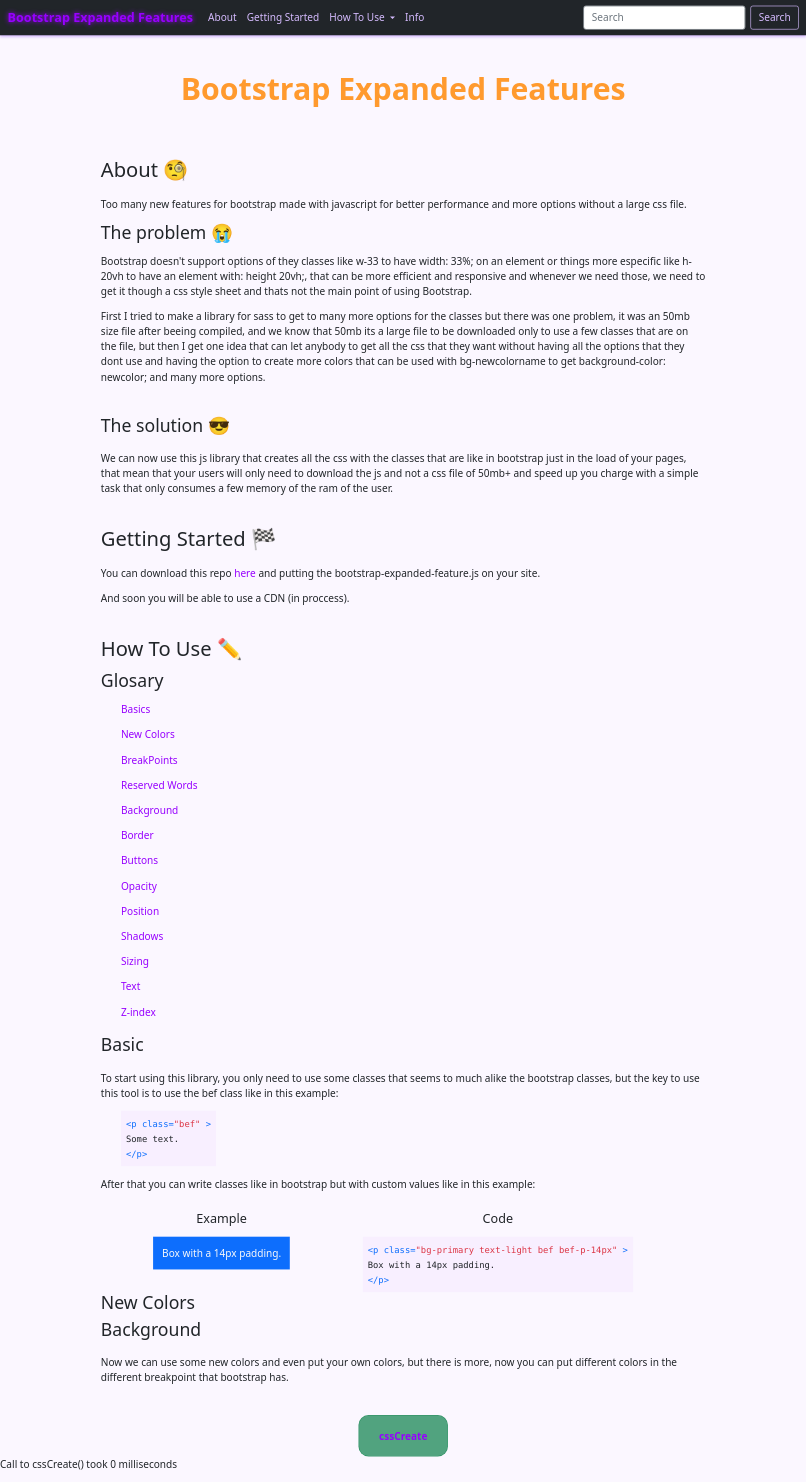
Repository: LynxPardelle/bootstrap-expanded-features
Page: index.html
These files come from the project's save history. The page is drawn as it stood at one moment and after the next save; the edit follows.
The browser window is 1280 px wide. The pictures show the whole page, at 63% of full size.

Above is the page before, as saved 2022-01-02 05:47:19.

### index.html
<!DOCTYPE html>
<html lang="es">
  <head>
    <meta charset="UTF-8" />
    <meta http-equiv="X-UA-Compatible" content="IE=edge" />
    <meta name="viewport" content="width=device-width, initial-scale=1.0" />
    <title>Bootstrap Expanded Features</title>
    <link
      href="https://cdn.jsdelivr.net/npm/bootstrap@5.1.3/dist/css/bootstrap.min.css"
      rel="stylesheet"
      integrity="sha384-1BmE4kWBq78iYhFldvKuhfTAU6auU8tT94WrHftjDbrCEXSU1oBoqyl2QvZ6jIW3"
      crossorigin="anonymous"
    />
    <link rel="stylesheet" href="./style.css" />
  </head>
  <body class="bef bef-bg-futurePop__OPA__0_03">
    <header>
      <nav
        class="
          navbar navbar-expand-lg navbar-dark
          bg-dark
          align-items-center
          bef
          bef-boxShadow-0px__2px__4px__lavender
          position-fixed
          top-0
          w-100
        "
      >
        <div class="container-fluid">
          <a
            class="
              navbar-brand
              bef bef-text-futurePop
              fw-bolder
              bef-textShadow-0px__0px__8px__futurePop
            "
            href="#"
            >Bootstrap Expanded Features</a
          >
          <button
            class="navbar-toggler"
            type="button"
            data-bs-toggle="collapse"
            data-bs-target="#navbarSupportedContent"
            aria-controls="navbarSupportedContent"
            aria-expanded="false"
            aria-label="Toggle navigation"
          >
            <span class="navbar-toggler-icon"></span>
          </button>
          <div class="collapse navbar-collapse" id="navbarSupportedContent">
            <ul class="navbar-nav me-auto mb-lg-0">
              <li class="nav-item">
                <a class="nav-link bef bef-text-lavender" href="#about"
                  >About</a
                >
              </li>
              <li class="nav-item">
                <a
                  class="nav-link bef bef-text-lavender"
                  href="#getting_started"
                  >Getting Started</a
                >
              </li>
              <li class="nav-item dropdown">
                <a
                  class="nav-link bef bef-text-lavender dropdown-toggle"
                  href="#howToUse"
                  id="navbarDropdown"
                  role="button"
                  data-bs-toggle="dropdown"
                  aria-expanded="false"
                >
                  How To Use
                </a>
                <ul
                  class="dropdown-menu dropdown-menu-dark"
                  aria-labelledby="navbarDropdown"
                >
                  <li>
                    <a class="dropdown-item bef bef-text-lavender" href="#"
                      >Action</a
                    >
                  </li>
                  <li>
                    <a class="dropdown-item bef bef-text-lavender" href="#"
                      >Another action</a
                    >
                  </li>
                  <li><hr class="dropdown-divider" /></li>
                  <li>
                    <a class="dropdown-item bef bef-text-lavender" href="#"
                      >Something else here</a
                    >
                  </li>
                </ul>
              </li>
              <li class="nav-item">
                <a class="nav-link bef bef-text-lavender" href="#Info">Info</a>
              </li>
            </ul>
            <form class="d-flex">
              <input
                id="searchInput"
                class="form-control me-2"
                type="search"
                placeholder="Search"
                aria-label="Search"
              />
              <button class="btn bef bef-btnOutline-lavender">Search</button>
            </form>
          </div>
        </div>
      </nav>

      <h1
        class="
          text-center
          d-block
          bef bef-w-85vw bef-w-md-75vw bef-fs-2rem bef-fs-md-3rem
          bef-m-7rem__auto__5rem
          bef-text-summer
          fw-bolder
        "
      >
        Bootstrap Expanded Features
      </h1>
    </header>

    <div>
      <main class="bef bef-w-85vw bef-wmx-1000px bef-w-md-75vw mx-auto">
        <!-- ABOUT -->
        <section>
          <a id="about"></a>
          <h2>About 🧐</h2>
          <article>
            <p class="mt-4 mb-3 text-start">
              Too many new features for bootstrap made with javascript for
              better performance and more options without a large css file.
            </p>
          </article>
          <!-- THE_PROBLEM -->
          <article>
            <h3>The problem 😭</h3>
            <p class="my-3 text-start">
              Bootstrap doesn't support options of they classes like w-33 to
              have width: 33%; on an element or things more especific like
              h-20vh to have an element with: height 20vh;, that can be more
              efficient and responsive and whenever we need those, we need to
              get it though a css style sheet and thats not the main point of
              using Bootstrap.
            </p>
            <p class="mt-3 mb-5 text-start">
              First I tried to make a library for sass to get to many more
              options for the classes but there was one problem, it was an 50mb
              size file after beeing compiled, and we know that 50mb its a large
              file to be downloaded only to use a few classes that are on the
              file, but then I get one idea that can let anybody to get all the
              css that they want without having all the options that they dont
              use and having the option to create more colors that can be used
              with bg-newcolorname to get background-color: newcolor; and many
              more options.
            </p>
          </article>
          <!-- THE_SOLUTION -->
          <article>
            <h3>The solution 😎</h3>
            <p class="mt-4 mb-5 text-start">
              We can now use this js library that creates all the css with the
              classes that are like in bootstrap just in the load of your pages,
              that mean that your users will only need to download the js and
              not a css file of 50mb+ and speed up you charge with a simple task
              that only consumes a few memory of the ram of the user.
            </p>
          </article>
        </section>
        <!-- GETTING_STARTED -->
        <section>
          <a id="getting_started"></a>
          <h2>Getting Started 🏁</h2>
          <article>
            <p class="mt-4 mb-3 text-start bef bef-link-futurePop">
              You can download this repo
              <a
                class="text-decoration-none"
                href="https://github.com/LynxPardelle/bootstrap-expanded-features.git"
                target="_blank"
                >here</a
              >
              and putting the bootstrap-expanded-feature.js on your site.
            </p>
            <p class="mt-3 mb-5 text-start bef bef-link-futurePop">
              And soon you will be able to use a CDN (in proccess).
            </p>
          </article>
        </section>
        <!-- HOW_TO_USE -->
        <section>
          <a id="howToUse"></a>
          <h2>How To Use ✏️</h2>
          <article class="my-3">
            <h3>Glosary</h3>
            <ul class="nav ms-3 flex-column bef bef-link-futurePop">
              <li class="nav-item">
                <a class="nav-link" href="#basicHTU">Basics</a>
                <ul class="nav flex-column bef bef-link-futurePop">
                  <li class="nav-item">
                    <a class="nav-link" href="#newColorsBasicHTU">New Colors</a>
                  </li>
                  <li class="nav-item">
                    <a class="nav-link" href="#bpsBasicHTU">BreakPoints</a>
                  </li>
                  <li class="nav-item">
                    <a class="nav-link" href="#reswordsBasicHTU"
                      >Reserved Words</a
                    >
                  </li>
                </ul>
              </li>
              <li class="nav-item">
                <a class="nav-link" href="#backgroundHTU">Background</a>
              </li>
              <li class="nav-item">
                <a class="nav-link" href="#borderHTU">Border</a>
              </li>
              <li class="nav-item">
                <a class="nav-link" href="#buttonsHTU">Buttons</a>
              </li>
              <li class="nav-item">
                <a class="nav-link" href="#opacityHTU">Opacity</a>
              </li>
              <li class="nav-item">
                <a class="nav-link" href="#positionHTU">Position</a>
              </li>
              <li class="nav-item">
                <a class="nav-link" href="#shadowsHTU">Shadows</a>
              </li>
              <li class="nav-item">
                <a class="nav-link" href="#sizingHTU">Sizing</a>
              </li>
              <li class="nav-item">
                <a class="nav-link" href="#textHTU">Text</a>
              </li>
              <li class="nav-item">
                <a class="nav-link" href="#zIndexHTU">Z-index</a>
              </li>
            </ul>
          </article>
          <!-- BASICHTU -->
          <article>
            <a id="basicHTU"></a>
            <h3>Basic</h3>
            <p class="mt-4 mb-3 text-start bef bef-link-futurePop">
              To start using this library, you only need to use some classes
              that seems to much alike the bootstrap classes, but the key to use
              this tool is to use the bef class like in this example:
            </p>
            <p
              class="
                d-inline-block
                p-2
                bef
                bef-m-0rem__2rem
                bef-bg-futurePop__OPA__0_03
              "
            >
              <code class="text-dark">
                <span class="text-primary">
                  &#60;p class=<span class="text-danger">"bef"</span> &#62;
                </span>
                <br />
                <span> Some text. </span>
                <br />
                <span class="text-primary"> &#60;&#47;p&#62; </span>
              </code>
            </p>
            <p class="mt-3 mb-3 text-start bef bef-link-futurePop">
              After that you can write classes like in bootstrap but with custom
              values like in this example:
            </p>
            <div class="d-flex justify-content-evenly">
              <div>
                <h5 class="text-center my-3">Example</h5>
                <p class="bg-primary text-light bef bef-p-14px">
                  Box with a 14px padding.
                </p>
              </div>
              <div>
                <h5 class="text-center my-3">Code</h5>
                <p
                  class="
                    d-inline-block
                    p-2
                    bef
                    bef-m-0rem__2rem
                    bef-bg-futurePop__OPA__0_03
                  "
                >
                  <code class="text-dark">
                    <span class="text-primary">
                      &#60;p class=<span class="text-danger"
                        >"bg-primary text-light bef bef-p-14px"</span
                      >
                      &#62;
                    </span>
                    <br />
                    <span> Box with a 14px padding. </span>
                    <br />
                    <span class="text-primary"> &#60;&#47;p&#62; </span>
                  </code>
                </p>
              </div>
            </div>
            <!-- NEWCOLORSBASICHTU -->
            <a id="newColorsBasicHTU"></a>
            <h3>New Colors</h3>
          </article>
          <article>
            <a id="backgroundHTU"></a>
            <h3>Background</h3>
            <p class="mt-4 mb-5 text-start bef bef-link-futurePop">
              Now we can use some new colors and even put your own colors, but
              there is more, now you can put different colors in the different
              breakpoint that bootstrap has.
            </p>
          </article>
        </section>
      </main>
      <aside></aside>
    </div>

    <footer>
      <a id="#info"></a>
      <button
        class="
          btn
          bef
          bef-btn-success__OPA__0_75
          bef-text-futurePop
          fw-bold
          d-block
          mx-auto
          bef-p-1_25rem__2rem
          bef-rounded-1rem
        "
        onclick="cssCreate()"
      >
        cssCreate
      </button>

      <div id="befTimer"></div>
    </footer>

    <!-- TABS
      <nav>
              <div class="nav nav-tabs" id="nav-tab" role="tablist">
                <button
                  class="
                    nav-link
                    active
                    bef bef-text-futurePop bef-textHover-lavender
                    bef-bg-futurePop__OPA__0_03
                  "
                  id="nav-background-tab"
                  data-bs-toggle="tab"
                  data-bs-target="#nav-background"
                  type="button"
                  role="tab"
                  aria-controls="nav-background"
                  aria-selected="false"
                >
                  Background
                </button>
                <button
                  class="
                    nav-link
                    bef bef-text-dark bef-textHover-lavender
                    bef-bg-futurePop__OPA__0
                  "
                  id="nav-border-tab"
                  data-bs-toggle="tab"
                  data-bs-target="#nav-border"
                  type="button"
                  role="tab"
                  aria-controls="nav-border"
                  aria-selected="false"
                >
                  Border
                </button>
                <button
                  class="
                    nav-link
                    bef bef-text-dark bef-textHover-lavender
                    bef-bg-futurePop__OPA__0
                  "
                  id="nav-buttons-tab"
                  data-bs-toggle="tab"
                  data-bs-target="#nav-buttons"
                  type="button"
                  role="tab"
                  aria-controls="nav-buttons"
                  aria-selected="false"
                >
                  Buttons
                </button>
                <button
                  class="
                    nav-link
                    bef bef-text-dark bef-textHover-lavender
                    bef-bg-futurePop__OPA__0
                  "
                  id="nav-opacity-tab"
                  data-bs-toggle="tab"
                  data-bs-target="#nav-opacity"
                  type="button"
                  role="tab"
                  aria-controls="nav-opacity"
                  aria-selected="false"
                >
                  Opacity
                </button>
                <button
                  class="
                    nav-link
                    bef bef-text-dark bef-textHover-lavender
                    bef-bg-futurePop__OPA__0
                  "
                  id="nav-position-tab"
                  data-bs-toggle="tab"
                  data-bs-target="#nav-position"
                  type="button"
                  role="tab"
                  aria-controls="nav-position"
                  aria-selected="false"
                >
                  Position
                </button>
                <button
                  class="
                    nav-link
                    bef bef-text-dark bef-textHover-lavender
                    bef-bg-futurePop__OPA__0
                  "
                  id="nav-shadows-tab"
                  data-bs-toggle="tab"
                  data-bs-target="#nav-shadows"
                  type="button"
                  role="tab"
                  aria-controls="nav-shadows"
                  aria-selected="false"
                >
                  Shadows
                </button>
                <button
                  class="
                    nav-link
                    bef bef-text-dark bef-textHover-lavender
                    bef-bg-futurePop__OPA__0
                  "
                  id="nav-sizing-tab"
                  data-bs-toggle="tab"
                  data-bs-target="#nav-sizing"
                  type="button"
                  role="tab"
                  aria-controls="nav-sizing"
                  aria-selected="true"
                >
                  Sizing
                </button>
                <button
                  class="
                    nav-link
                    bef bef-text-dark bef-textHover-lavender
                    bef-bg-futurePop__OPA__0
                  "
                  id="nav-text-tab"
                  data-bs-toggle="tab"
                  data-bs-target="#nav-text"
                  type="button"
                  role="tab"
                  aria-controls="nav-text"
                  aria-selected="false"
                >
                  Text
                </button>
                <button
                  class="
                    nav-link
                    bef bef-text-dark bef-textHover-lavender
                    bef-bg-futurePop__OPA__0
                  "
                  id="nav-z-index-tab"
                  data-bs-toggle="tab"
                  data-bs-target="#nav-z-index"
                  type="button"
                  role="tab"
                  aria-controls="nav-z-index"
                  aria-selected="false"
                >
                  Z-index
                </button>
              </div>
            </nav>
            <div class="tab-content" id="nav-tabContent">
              <div
                class="tab-pane fade show active mt-3 mb-5"
                id="nav-background"
                role="tabpanel"
                aria-labelledby="nav-background-tab"
              >
                <h3 class="text-center">Background</h3>

                <p>
                  Now we can use some new colors and even put your own colors,
                  but there is more, now you can put diferent colors in the
                  diferent breakpoint that bootstrap has.
                </p>
              </div>
              <div
                class="tab-pane fade"
                id="nav-border"
                role="tabpanel"
                aria-labelledby="nav-border-tab"
              >
                Border
              </div>
              <div
                class="tab-pane fade"
                id="nav-buttons"
                role="tabpanel"
                aria-labelledby="nav-buttons-tab"
              >
                Buttons
              </div>
              <div
                class="tab-pane fade"
                id="nav-opacity"
                role="tabpanel"
                aria-labelledby="nav-opacity-tab"
              >
                Opacity
              </div>
              <div
                class="tab-pane fade"
                id="nav-position"
                role="tabpanel"
                aria-labelledby="nav-position-tab"
              >
                Position
              </div>
              <div
                class="tab-pane fade"
                id="nav-shadows"
                role="tabpanel"
                aria-labelledby="nav-shadows-tab"
              >
                Shadows
              </div>
              <div
                class="tab-pane fade"
                id="nav-sizing"
                role="tabpanel"
                aria-labelledby="nav-sizing-tab"
              >
                Sizing
              </div>
              <div
                class="tab-pane fade"
                id="nav-text"
                role="tabpanel"
                aria-labelledby="nav-text-tab"
              >
                Text
              </div>
              <div
                class="tab-pane fade"
                id="nav-z-index"
                role="tabpanel"
                aria-labelledby="nav-z-index-tab"
              >
                Z-Index
              </div>
            </div>
-->

    <!--
Classes:
w width
h height
wmx max-width
hmx max-height
wmn min-width
hmn min-height
rounded border-radius
z z-index
opacity opacity
top top
bottom bottom
end left
start right
fs font-size
lh line-height
gap gap
p padding
m margin
border border-width
borderStyle border-style

bg background-color
text color
link a color
borderColor border-color
btn background-color border-color box-shadow
btnOutline border-color box-shadow
boxShadow box-shadow
textShadow text-shadow

Sides:
s left
e right
t top
b bottom
x left & right
y top & bottom

BreakPoints:
sm 576
md 768
lg 992
xl 1200
xxl 1400
-->
    <script
      src="https://cdn.jsdelivr.net/npm/bootstrap@5.1.3/dist/js/bootstrap.bundle.min.js"
      integrity="sha384-ka7Sk0Gln4gmtz2MlQnikT1wXgYsOg+OMhuP+IlRH9sENBO0LRn5q+8nbTov4+1p"
      crossorigin="anonymous"
    ></script>
    <script>
      var colors = {
        monster: "#00AA00",
        futurePop: "#9700FF",
      };
    </script>
    <script src="./bootstrap-expanded-features.js"></script>
    <script src="./bef-example-page.js"></script>
  </body>
</html>

Loaded but not shown: bootstrap-expanded-features.js (library); bef-example-page.js (64 lines, source omitted); style.css (no stored copy; drawn as an empty file)

After the next save:
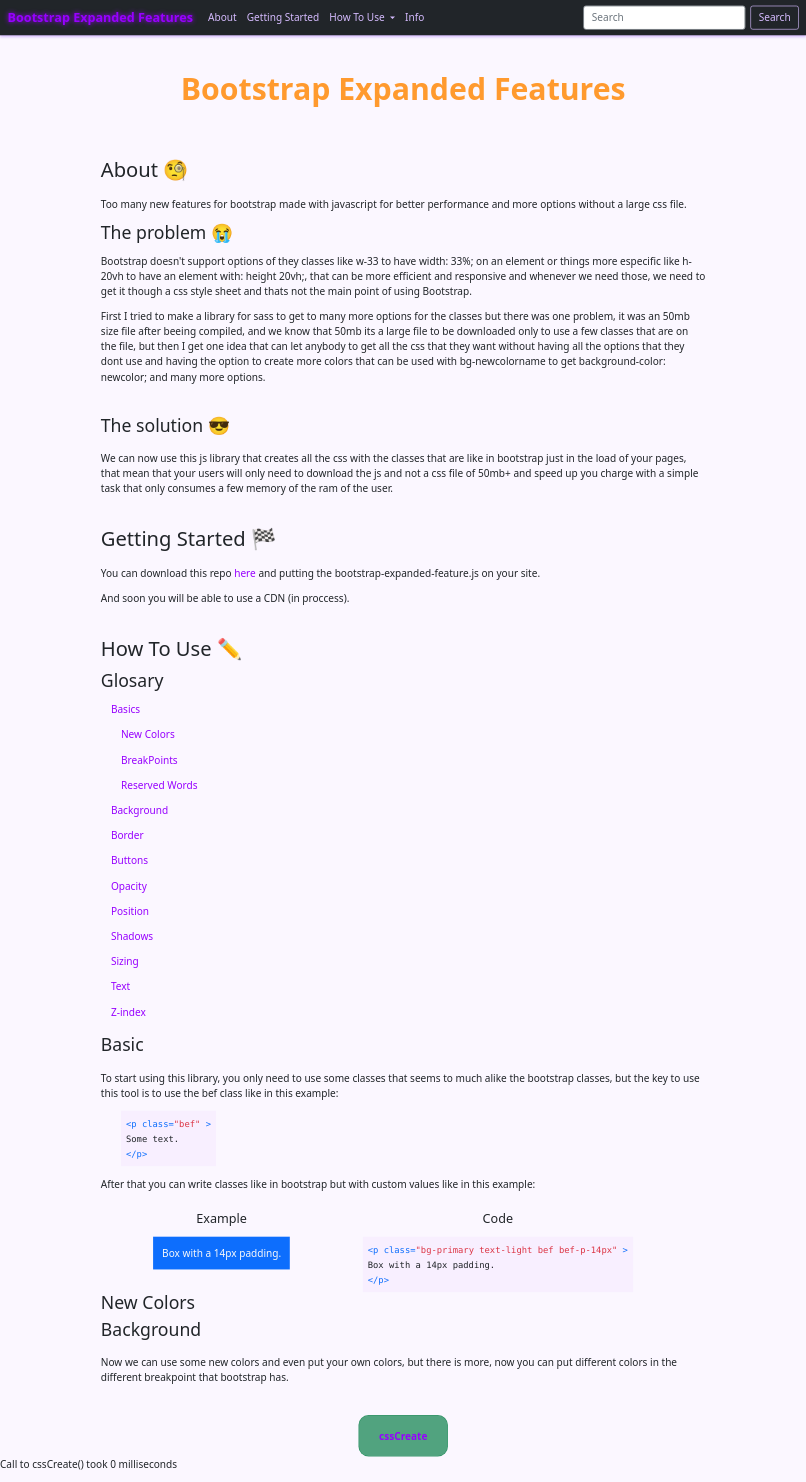
Saved 34 s later.
--- a/index.html
+++ b/index.html
@@ -201,10 +201,10 @@
           <h2>How To Use ✏️</h2>
           <article class="my-3">
             <h3>Glosary</h3>
-            <ul class="nav ms-3 flex-column bef bef-link-futurePop">
+            <ul class="nav flex-column bef bef-link-futurePop">
               <li class="nav-item">
                 <a class="nav-link" href="#basicHTU">Basics</a>
-                <ul class="nav flex-column bef bef-link-futurePop">
+                <ul class="nav ms-3 flex-column bef bef-link-futurePop">
                   <li class="nav-item">
                     <a class="nav-link" href="#newColorsBasicHTU">New Colors</a>
                   </li>
